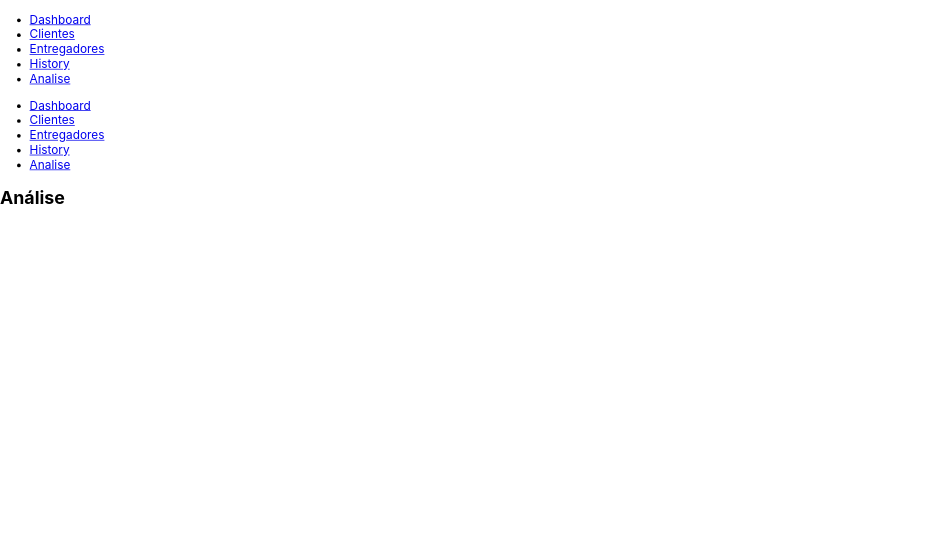
Repository: feliperanon/gestao-entregas
Page: /analise (app in frontend/)
The author's editor kept a copy of each file at every save. The page is drawn from the files as they stood at one save, then again after the next save.
The browser window is 1280 px wide. The pictures show the whole page, at 74% of full size.
The page's requests for data from a server got no answer. The project was rebuilt for these pictures with package versions that can differ from the ones it lists, and the page was loaded fresh each time. No one was signed in, and anything a server would have sent is missing. Also part of the build but not shown: frontend/src/pages/Dashboard.js, frontend/src/pages/Clientes.js, frontend/src/pages/Entregadores.js, frontend/src/pages/History.js, frontend/src/pages/Login.js.

Above is the page before, as saved 2024-06-30 10:05:42.

After the next save:
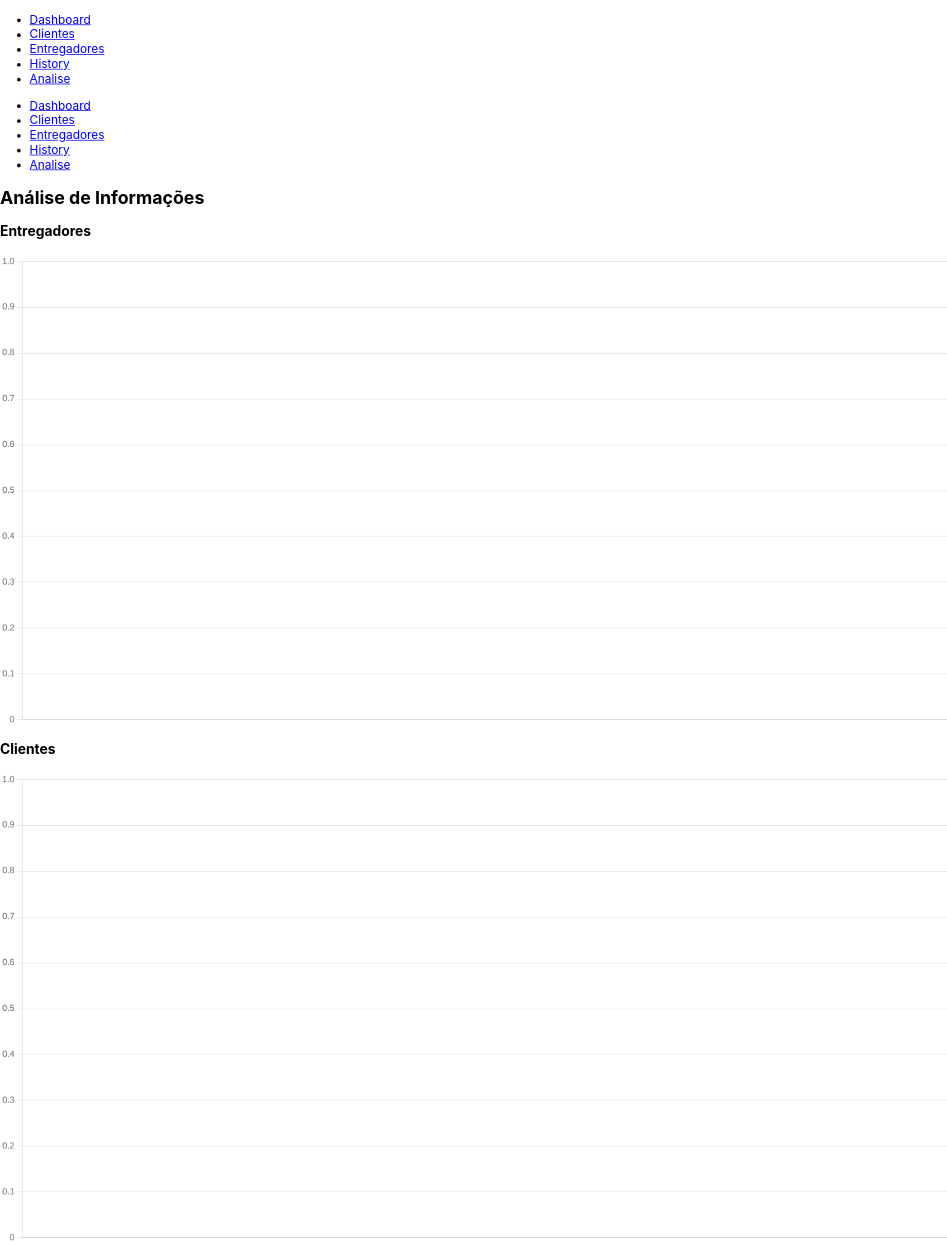
Saved 24 min 51 s later.
--- a/frontend/src/pages/Analise.js
+++ b/frontend/src/pages/Analise.js
@@ -1,7 +1,88 @@
-import React from 'react';
+import React, { useEffect, useState } from 'react';
+import { Bar, Line } from 'react-chartjs-2';
+import { Chart as ChartJS, CategoryScale, LinearScale, BarElement, LineElement, PointElement } from 'chart.js';
+import api from '../services/api';
 import { Link } from 'react-router-dom';
 
+// Registrar as escalas e elementos necessários
+ChartJS.register(CategoryScale, LinearScale, BarElement, LineElement, PointElement);
+
 const Analise = () => {
+  const [entregas, setEntregas] = useState([]);
+
+  useEffect(() => {
+    const fetchEntregas = async () => {
+      try {
+        const token = localStorage.getItem('token');
+        const response = await api.get('/entregas', {
+          headers: { Authorization: `Bearer ${token}` }
+        });
+        setEntregas(response.data);
+      } catch (error) {
+        console.error('Error fetching entregas:', error);
+      }
+    };
+    fetchEntregas();
+  }, []);
+
+  const processData = (data) => {
+    const entregadores = {};
+    const clientes = {};
+
+    data.forEach(entrega => {
+      if (!entregadores[entrega.nomeEntregador]) {
+        entregadores[entrega.nomeEntregador] = { volume: 0, tempo: 0, entregas: 0 };
+      }
+      if (!clientes[entrega.cliente]) {
+        clientes[entrega.cliente] = { volume: 0, tempo: 0, entregas: 0 };
+      }
+
+      entregadores[entrega.nomeEntregador].volume += entrega.volume;
+      entregadores[entrega.nomeEntregador].tempo += entrega.tempoDecorrido;
+      entregadores[entrega.nomeEntregador].entregas += 1;
+
+      clientes[entrega.cliente].volume += entrega.volume;
+      clientes[entrega.cliente].tempo += entrega.tempoDecorrido;
+      clientes[entrega.cliente].entregas += 1;
+    });
+
+    return { entregadores, clientes };
+  };
+
+  const { entregadores, clientes } = processData(entregas);
+
+  const entregadoresData = {
+    labels: Object.keys(entregadores),
+    datasets: [
+      {
+        label: 'Volume Entregue',
+        data: Object.values(entregadores).map(e => e.volume),
+        backgroundColor: 'rgba(75, 192, 192, 0.6)',
+      },
+      {
+        label: 'Tempo Decorrido (minutos)',
+        data: Object.values(entregadores).map(e => e.tempo),
+        backgroundColor: 'rgba(153, 102, 255, 0.6)',
+      },
+    ],
+  };
+
+  const clientesData = {
+    labels: Object.keys(clientes),
+    datasets: [
+      {
+        label: 'Volume Recebido',
+        data: Object.values(clientes).map(c => c.volume),
+        backgroundColor: 'rgba(255, 159, 64, 0.6)',
+      },
+      {
+        label: 'Tempo Consumido (minutos)',
+        data: Object.values(clientes).map(c => c.tempo),
+        backgroundColor: 'rgba(54, 162, 235, 0.6)',
+      },
+    ],
+  };
+
   return (
     <div>
       <nav>
@@ -13,8 +94,15 @@ const Analise = () => {
           <li><Link to="/analise">Analise</Link></li>
         </ul>
       </nav>
-      <h2>Análise</h2>
-      {/* Adicione aqui o código para análise */}
+      <h2>Análise de Informações</h2>
+      <div>
+        <h3>Entregadores</h3>
+        <Bar data={entregadoresData} />
+      </div>
+      <div>
+        <h3>Clientes</h3>
+        <Line data={clientesData} />
+      </div>
     </div>
   );
 };
